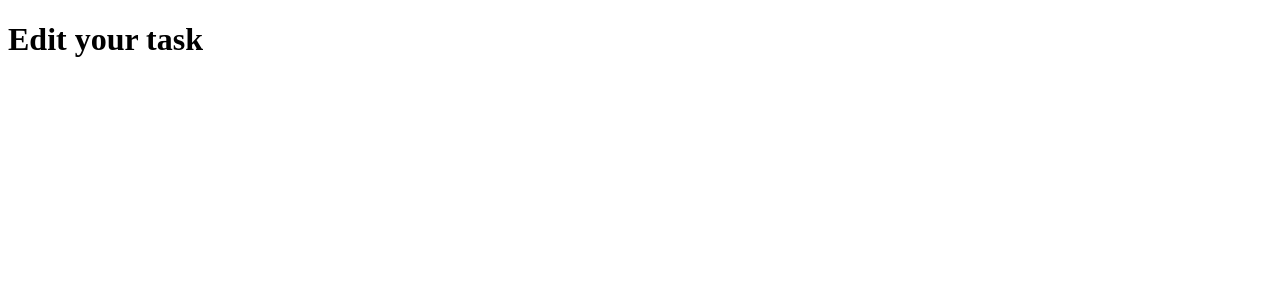
Repository: froztty/Flask-APP-CRUD
Page: edit.html
These files come from the project's save history. The page is drawn as it stood at one moment and after the next save; the edit follows.
The browser window is 1280 px wide. The pictures show the whole page.

Above is the page before, as saved 2024-11-05 21:12:20.

After the next save:
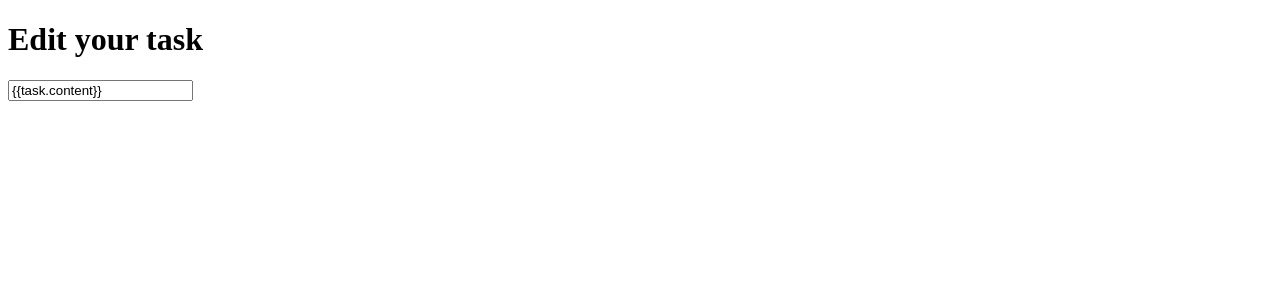
Saved 71 s later.
--- a/edit.html
+++ b/edit.html
@@ -8,6 +8,10 @@
 <body>
     <div class="content">
         <h1>Edit your task</h1>
+        <form action="/edit/{{task.id}}" method="POST">
+            <input type="text" name="content" value="{{task.content}}"/>
+
+        </form>
     </div>
 </body>
 </html>
